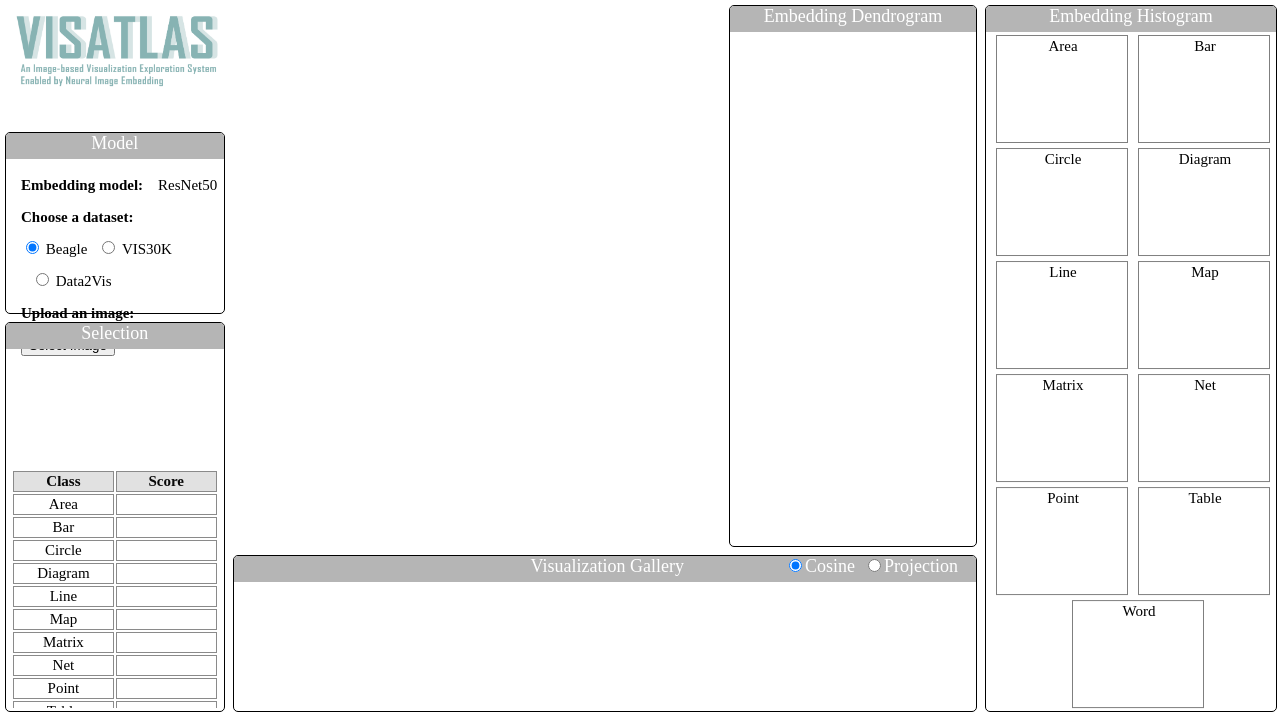
Repository: yilinye/AI_and_human_paintings
Page: / (app in VIS4AI_art/Frontend/)
An editor plug-in stored every save of this project. The page is shown before and after the next save, followed by the edit.
The browser window is 1280 px wide. The pictures show the whole page.
The page's requests for data from a server got no answer. The project was rebuilt for these pictures with package versions that can differ from the ones it lists, and the page was loaded fresh each time. No one was signed in, and anything a server would have sent is missing. Also part of the build but not shown: VIS4AI_art/Frontend/vite.config.js, VIS4AI_art/Frontend/vue.config.js, VIS4AI_art/Frontend/src/components/WelcomeItem.vue, VIS4AI_art/Frontend/src/components/icons/IconDocumentation.vue, VIS4AI_art/Frontend/src/components/icons/IconTooling.vue, VIS4AI_art/Frontend/src/components/icons/IconEcosystem.vue, VIS4AI_art/Frontend/src/components/icons/IconCommunity.vue, VIS4AI_art/Frontend/src/components/icons/IconSupport.vue and 2 more.

Above is the page before, as saved 2022-04-30 22:54:32.

### VIS4AI_art/Frontend/src/App.vue
<!--
 * @Author: Qing Shi
 * @LastEditTime: 2022-04-12 22:41:44
 * @Knowledge:
 * @Description:
 * @Attention:
-->

<template>
  <VisView/>
</template>

<script>
import VisView from "./views/visView.vue";

// var Event = new Vue();
export default {
    components: { VisView }
}
</script>

<style>
@import "./assets/base.css";

#app {
  height: calc(100%);
  font-weight: normal;
}

</style>

### VIS4AI_art/Frontend/src/assets/base.css
body {

  margin: 0%;
  height: 100%;
  width: 100%;
  background-color: rgb(255, 255, 255);
  overflow: hidden;
}


#titleBar {
  background: rgb(181, 181, 181);
  height: 26px;
  width: calc(100% + 0px);
  border-radius: 4px 4px 0px 0px;
  /* border: solid 1px; */
  transform: translate(0px);
  text-align: center;
  color: white;
  font-size: 18px;
}


/*chrome--------------------------------------------start*/
::-webkit-scrollbar {
  width: 8px;
  height: 8px;
}

/* Track */
::-webkit-scrollbar-track {
  background: #ffffff;
  border-radius: 8px;
}

/* Handle */
::-webkit-scrollbar-thumb {
  background: rgb(201, 201, 202);
  border-radius: 8px;
}

/* Handle on hover */
::-webkit-scrollbar-thumb:hover {
  background: rgb(162, 162, 163);
}

.el-menu::-webkit-scrollbar,
.el-table__body-wrapper::-webkit-scrollbar {
  display: none;
}

.el-menu:hover::-webkit-scrollbar,
.el-table__body-wrapper:hover::-webkit-scrollbar {
  display: block;
}

/*chrome--------------------------------------------end*/

### VIS4AI_art/Frontend/src/components/selectView.vue
<!--
 * @Author: Qing Shi
 * @LastEditTime: 2022-04-30 20:52:22
 * @Knowledge:
 * @Description:
 * @Attention:
-->
<template>
  <div style="height: 100%">
    <div id="titleBar">
      {{ viewName }}
    </div>
    <div id="selectPic">
      <div
        v-if="isChoose"
        id="isChoose"
      >
        <img
          id="nodePic"
        >
      </div>
    </div>
    <div id="selectTable">
      <table style="width:calc(100% - 10px);text-align: center;margin-top:2px;height:calc(100% - 10px);margin-bottom:5px;margin-left:5px; margin-right: 5px;">
        <tr style="height:calc(8% - 30px)">
          <th>Class</th>
          <th>Score</th>
        </tr>
        <tr
          v-for="item in items"
          :key="item.className"
          style="height:calc(8% - 30px)"
        >
          <td>{{ item.className }}</td>
          <td :id="item.className+'Table'">{{ item.classScore }}</td>
        </tr>
      </table>
    </div>
  </div>
</template>

<script>
export default {
  data () {
    return {
      viewName: "Selection",
      isChoose: true,
      picPath: "/src/assets/logo.svg",
      items: {
        Area: { className: "Area", classScore: "" },
        Bar: { className: "Bar", classScore: "" },
        Circle: { className: "Circle", classScore: "" },
        Diagram: { className: "Diagram", classScore: "" },
        Line: { className: "Line", classScore: "" },
        Map: { className: "Map", classScore: "" },
        Matrix: { className: "Matrix", classScore: "" },
        Net: { className: "Net", classScore: "" },
        Point: { className: "Point", classScore: "" },
        Table: { className: "Table", classScore: "" },
        Word: { className: "Word", classScore: "" },
      }
    }
  }
}
</script>

<style>
#selectPic {
  height: 30%;
  width: 100%;
}
#isChoose {
  text-align: center;
  margin-top: 1px;
  margin-left: 6px;
  margin-right: 6px;
  margin-bottom: 2px;
  height: 100%;
  display: flex;
  flex-direction: column;
  justify-content: center;
  align-items: center;
}
#selectTable {
  height: calc(70% - 30px);
  width: 100%;
  overflow: auto;
  /* background-color: #000000; */
}

th {
  text-align: middle;
  /* padding-left: 45px; */
  /* border-bottom: 1px solid #ddd; */
  border: 1px solid rgb(138, 138, 138);
  /* background-color: white; */
  background-color: rgb(225, 225, 225);
  color: rgb(7, 7, 7);
  font-size: 15px;
  /* color: white; */
}

td {
  text-align: middle;
  /* padding-left: 45px; */
  width: 50%;
  /* border-bottom: 1px solid #ddd; */
  border: 1px solid rgb(138, 138, 138);
  font-size: 15px;
  color: black;
  /* height: 100% */
}

/* tr {
  height: calc(100%)
} */

tr:hover {
  background-color: rgb(231, 164, 179);
}
</style>

### VIS4AI_art/Frontend/src/components/histogramView.vue
<!--
 * @Author: Qing Shi
 * @LastEditTime: 2022-04-30 22:52:35
 * @Knowledge:
 * @Description:
 * @Attention:
-->
<template>
  <div>
    <div id="titleBar">
      {{ viewName }}
    </div>
    <div id="mainHistogram">
      <div
        v-for="(ty, index) in typeName"
        :key="ty"
        :id="'His' + ty"
        v-bind:style="{ border: 'solid 1px rgba(0, 0, 0, 0.5)', width: wd, height:hs, position: 'absolute', left: '10px', transform: 'translate(' + (index == 10 ? 'calc(50% + 10px)' : index % 2 ? 'calc(100% + 10px)' : '0') + ',' + 'calc(' + ((Math.floor(index / 2)) * 100) + '% + ' + ((Math.floor(index / 2)) * 5) + 'px' + ' + 3px)' + ')' }"
      >

      </div>
    </div>
  </div>
</template>

<script>
import * as d3 from 'd3';
import { dataService } from '../service';
export default {
  mounted () {
    // dataService.fetchData({ 'filePath': this.fileP.filePath }, fileData => {
    //   console.log(11111);

    //   // this.drawHistogram(fileData.data.data, this.typeName);
    // });
    this.typeName.forEach(d => {
      this.createSVG(d);
    })

    this.drawHistogram(this.fileP.filePath, this.typeName);
  },
  data () {
    return {
      viewName: "Embedding Histogram",
      typeName: ["Area", "Bar", "Circle", "Diagram", "Line", "Map", "Matrix", "Net", "Point", "Table", "Word"],
      hs: "calc(16.6% - 11px)",
      wd: "calc(50% - 15px)",
      selectType: '',
      xAxis: undefined,
      yAxis: {},
      hisWidth: 0,
      hisHeight: 0,
      levelCluster: {
        "Beagle": ['Circle', 'Map', 'Line', 'Area', 'Bar', 'Net', 'Point', 'Diagram', 'Matrix', 'Table', 'Word'],
        "VIS": ["Map", "Circle", "Bar", "Point", "Line", "Diagram", "Matrix", "Net", "Area", "Table", "Word"],
        "Data": ["Area", "Line", "Bar", "Point"]
      },

    };
  },
  inject: ['fileP'], // get file path from visView.vue
  methods: {
    /**
     * @description: create svg for every histogram
     * @param {*} hisType Feature
     * @return {*}
     */
    createSVG: function (hisType) {
      d3.select("#" + hisType + 'Svg').remove();
      const hisHeight = document.getElementById(('His' + hisType)).offsetHeight;
      const hisWidth = document.getElementById(('His' + hisType)).offsetWidth;
      this.hisHeight = hisHeight;
      this.hisWidth = hisWidth;
      d3.select('#His' + hisType)
        .append('svg')
        .attr('id', hisType + 'Svg')
        .attr('width', hisWidth)
        .attr('height', hisHeight)
      d3.select('#' + hisType + 'Svg')
        .append('text')
        .text(hisType)
        .attr('font-size', 15)
        .attr('text-anchor', 'middle')
        .attr('y', 15)
        .attr('x', hisWidth / 2)
    },
    /**
     * @description: data processing and use function
     * @param {String} filePath: which file will be used, selected in modelView.vue
     * @param {Array} hisTypeArray: Feature Group
     * @return {*}
     */
    drawHistogram: function (filePath, hisTypeArray) {
      d3.csv(filePath).then((fileData) => {
        hisTypeArray.forEach(hisType => {
          // index name need small letters
          let hisTag = hisType.toLowerCase();
          const hisData = new Object();
          for (let i = 0; i < fileData.length; ++i) {
            let indexNum = Math.floor(parseFloat(fileData[i][hisTag]) * 10);
            if (indexNum == 10) indexNum--; // let 1 to 0.9 ~ 1
            if (indexNum == 0) continue;
            if (typeof (hisData[indexNum]) == 'undefined') {
              hisData[indexNum] = { cnt: 0, items: [] };
            }
            hisData[indexNum].cnt++;
            hisData[indexNum].items.push(fileData[i]);
          }

          // remove old View
          d3.select("#his_g_" + hisType).remove();
          // define new View
          d3.select("#" + hisType + "Svg")
            .append('g')
            .attr("id", "his_g_" + hisType);

          this.drawRectAndAxis(hisData, hisType);
          this.drawSelectRect(hisData, hisType);
          this.RectBrush(hisData, hisType);
          // this.allHisData[hisType] = hisData;
          // d3.select("#selCircle8").transition().duration(2000).attr('y', 20).attr("height", 70);
        })
      });
    },
    /**
     * @description: draw bar charts and x/y axises
     * @param {Array} hisData bar chart data
     * @param {String} hisType Feature
     * @return {*}
     */
    drawRectAndAxis: function (hisData, hisType) {
      // remove old View
      d3.select("#his_rect_g_" + hisType).remove();
      // define new View
      const his_g = d3.select("#his_g_" + hisType)
        .append('g')
        .attr("id", "his_rect_g_" + hisType);

      const hisArray = new Array();

      for (let i in hisData)
        hisArray.push(hisData[i].cnt);

      const xAxis = d3.scaleLinear()
        .domain([0.1, 1.0])
        .range([0, this.hisWidth - 60])
      const yAxis = d3.scaleLinear()
        .domain([0, d3.max(hisArray)])
        .range([this.hisHeight - 42, 0]);
      this.xAxis = xAxis;
      this.yAxis[hisType] = yAxis;

      his_g.append('g')
        .selectAll("#hisRect" + hisType)
        .attr('id', "hisRect" + hisType)
        .data(hisArray)
        .enter()
        .append('rect')
        .attr("dmax", d3.max(hisArray))
        .attr('x', (d, i) => {
          return this.xAxis((i + 1) / 10) + 45 + 5;
        })
        .attr('y', (d, i) => {
          return this.yAxis[hisType](d) + 20;
        })
        .attr('height', d => {
          return this.hisHeight - 42 - this.yAxis[hisType](d)
        })
        .attr('width', 10)
        .attr('fill', "rgb(198, 198, 198)");
      // draw Axis
      his_g.append('g')
        .call(d3.axisBottom(xAxis).ticks(5))
        .attr("transform", `translate(${45}, ${this.hisHeight - 22})`);
      his_g.append('g')
        .call(d3.axisLeft(yAxis).ticks(5))
        .attr("transform", `translate(${45}, ${20})`);
    },
    /**
     * @description: draw bar charts which be select. I draw them without height. When I select some data, I will change the height of them.
     * @param {*} hisData bar chart data
     * @param {*} hisType Feature
     * @return {*}
     */
    drawSelectRect: function (hisData, hisType) {
      // remove old View
      d3.select("#his_sel_g_" + hisType).remove();
      // define new View
      const his_g = d3.select("#his_g_" + hisType)
        .append('g')
        .attr("id", "his_sel_g_" + hisType);

      const hisArray = new Array();
      for (let i in hisData)
        hisArray.push(hisData[i].cnt);
      // console.log()
      his_g.append('g')
        .selectAll("#hisSelRect" + hisType)
        .attr('id', "hisSelRect" + hisType)
        .data(hisArray)
        .enter()
        .append('rect')
        .attr("dmax", this.yAxis[hisType].domain()[1])
        .attr("hisHeight", this.hisHeight)
        .attr("id", (d, i) => {
          return "sel" + hisType + (i + 1);
        })
        .attr('x', (d, i) => {
          return this.xAxis((i + 1) / 10) + 40;
        })
        .attr('y', (d, i) => {
          return this.hisHeight - 20;
        })
        .attr('height', d => {
          return 0;
        })
        .attr('width', 10)
        .attr('fill', "orange");
    },
    /**
     * @description: a brush. Select areas in the bar chart
     * @param {*} hisData bar chart data
     * @param {*} hisType Feature
     * @return {*}
     */
    RectBrush (hisData, hisType) {
      let _this = this;
      const hisArray = new Array();
      for (let i in hisData)
        hisArray.push(hisData[i].cnt);
      const brush = d3.brush()
        .extent([
          [30, 15],
          [_this.hisWidth - 5, _this.hisHeight - 10]
        ])
        .on('start', function ({ selection }) {
          if (selection != null) {
            d3.select('#brush_rect').remove();
          }
        })
        // .on('brush', brushing)
        .on('end', brushed);
      // console.log(hisData)
      const brush_g = d3.select("#his_g_" + hisType)
        .append('g')
        .attr('id', 'brush_g' + hisType)
        .call(brush);

      // I really don't like programing this function, but it's the method which can clear the brush.
      function brushed ({ selection }) {
        if (selection != null) {
          const [
            [x0, y0],
            [x1, y1]
          ] = selection;
          d3.select('#his_g_' + hisType)
            .append("rect")
            .attr('id', 'brush_rect')
            .attr('x', x0)
            .attr('y', y0)
            .attr('width', x1 - x0)
            .attr('height', y1 - y0)
            .attr('fill', 'white')
            .attr('fill-opacity', 0)
            .attr('stroke', '#2378ae')
            .attr('stroke-dasharray', '4, 4')
            .attr('stroke-width', 3);

          let levelType = undefined;
          let pidScatter = {};

        let filePath = _this.fileP.filePath;
        if (filePath[13] == 'B') {
          levelType = _this.levelCluster["Beagle"];
        }

        if (filePath[13] == 'V') {
          levelType = _this.levelCluster["VIS"];
        }

        if (filePath[13] == 'D') {
          levelType = _this.levelCluster["Data"];
        }
          let treeCnt = {};
          levelType.forEach(d => {
            treeCnt[d.toLowerCase()] = {
              value: 0,
              id: d
            }
          })
          let selectData = {};
          _this.typeName.forEach(d => {
            selectData[d] = {};
            for (let i = 1; i <= 9; ++i)
              selectData[d][i] = { cnt: 0 };
          })
          for (let i = 0; i < 9; ++i) {
            if (x0 < _this.xAxis((i + 1) / 10) + 40 + 6 && _this.xAxis((i + 1) / 10) + 40 + 6 < x1) {
              hisData[i + 1].items.forEach(d => {
                pidScatter[d.pid] = 1;
                // d3.select("#rad_cir" + d.pid).attr('opacity', 1).attr('r', 4);
                _this.typeName.forEach(hisTag => {
                  let indexNum = Math.floor(parseFloat(d[hisTag.toLowerCase()]) * 10);
                  if (indexNum == 10) indexNum--; // let 1 to 0.9 ~ 1
                  if (indexNum != 0) {
                    selectData[hisTag][indexNum].cnt++;
                  }
                })
                treeCnt[d['class']].value++;
              })
            }
          }
          d3.selectAll('.rad_cir')
            .attr('r', d => {
              return pidScatter[d.pid] == 1 ? 2 : 0;
            })
          for (let i in selectData) {
            for (let j in selectData[i]) {
              d3.select("#sel" + i + (j))
                .transition().duration(1000)
                .attr('y', _this.yAxis[i](selectData[i][j].cnt) + 20)
                .attr("height", _this.hisHeight - 42 - _this.yAxis[i](selectData[i][j].cnt));
            }
          }
          let treeData = [];
          let sumTree = 0;
          for (let i in treeCnt) {
            if (treeCnt[i].value > 0) {
              treeData.push({
                value: treeCnt[i].value,
                id: treeCnt[i].id.toLowerCase(),
                top: sumTree
              });
              sumTree += treeCnt[i].value;
            }
          }
          _this.updateTree(treeData, sumTree);
          // clear brush
          d3.select(this).call(brush.move, null);
        }
      }
    },
    /**
     * @description: update Dendrogram
     * @param {Array} treeData data of the tree
     * @param {Int} sumTree Number of all selected elements
     * @return {*}
     */
    updateTree (treeData, sumTree) {
      this.$emit('updateTree', treeData, sumTree);
    }
  },
  watch: {
    fileP: {
      handler (newValue, oldValue) {
        console.log(newValue)
        this.drawHistogram(this.fileP.filePath, this.typeName);
      },
      deep: true
    }
  }
}
</script>

<style>
#mainHistogram {
  height: calc(100% - 30px);
  width: calc(100%);
  /* background-color: #000; */
}
.selection {
  fill: none;
  stroke: #2378ae;
  stroke-width: 3;
  stroke-dasharray: 4, 4;
}
</style>

### VIS4AI_art/Frontend/src/components/galleryView.vue
<template>
  <div style="width: 100%; height: 100%;">
    <div id="titleBar">
      <span style="position: absolute; left: 40%;">{{ viewName }}</span>
      <span style="float: right">
        <form
          id="select-distance"
          style="margin-top:0;margin-right:18px"
        >

          <input
            type="radio"
            id="metricChoice1"
            name="contact"
            value="cosine"
            checked="checked"
            @click="updateType('Cosine')"
          >
          <label for="metricChoice1">Cosine</label>

          <input
            type="radio"
            id="metricChoice2"
            name="contact"
            value="radviz"
            style="margin-left:13px;padding-top:50%;"
            @click="updateType('Projection')"
          >
          <label for="metricChoice2">Projection</label>

        </form>
      </span>

    </div>
    <div id="nodeGallery">
      <div style="height: 100%; white-space: nowrap;">
        <div
          v-for="(item, index) in closeNode"
          :key="index"
          class="closeNode"
        >
          <img
            :src="'/src/assets' + item.path.slice(1)"
            alt=""
            :pid="item.pid"
            style="height:100%;"
            @click="updateSelectNode(item)"
          >
        </div>
      </div>
    </div>
  </div>
</template>

<script>
export default {
  data () {
    return {
      viewName: "Visualization Gallery",
      closeNode: []
    }
  },
  methods: {
    /**
     * @description: set the closeNode
     * @param {Array} data picture information from visView.vue
     * @return {*}
     */
    setCloseNode (data) {
      // console.log(data);
      this.closeNode = data;
    },
    /**
     * @description: change the gallery type
     * @param {String} data Cosine / Projection
     * @return {*}
     */
    updateType (data) {
      // console.log(data)
      this.$emit('updateGType', data);
    },
    /**
     * @description: select a picture and upload information
     * @param {*} data data bound to the picture
     * @return {*}
     */
    updateSelectNode (data) {
      this.$emit("updateSelectNode", data);
    }
  }
}
</script>

<style>
#nodeGallery {
  overflow-x: scroll;
  overflow-y: hidden;
  width: 100%;
  height: calc(100% - 30px);
}
.closeNode {
  /* position: absolute; */
  /* width: 20%; */
  height: calc(100% - 20px);
  /* padding-bottom: 50%; */
  /* position: fixed; */
  margin-top: 10px;
  margin-bottom: 10px;
  border: solid 1px rgba(0, 0, 0, 0.5);
  margin-left: 5px;
  margin-right: 5px;
  /* float: left; */
  white-space: normal;
  display: inline-block;
  /* display: flex; */
  flex-direction: column;
  justify-content: center;
  align-items: center;
}
</style>

Loaded but not shown: VIS4AI_art/Frontend/index.html (common file); VIS4AI_art/Frontend/src/service/modules/dataService.js (24 lines, source omitted); VIS4AI_art/Frontend/src/router/index.js (21 lines, source omitted); VIS4AI_art/Frontend/src/main.js (11 lines, source omitted); VIS4AI_art/Frontend/src/service/index.js (1 lines, source omitted); VIS4AI_art/Frontend/src/components/mainView.vue (851 lines, source omitted); VIS4AI_art/Frontend/src/components/dendrogramView.vue (279 lines, source omitted); VIS4AI_art/Frontend/src/components/modelView.vue (167 lines, source omitted); VIS4AI_art/Frontend/src/views/visView.vue (199 lines, source omitted)

After the next save:
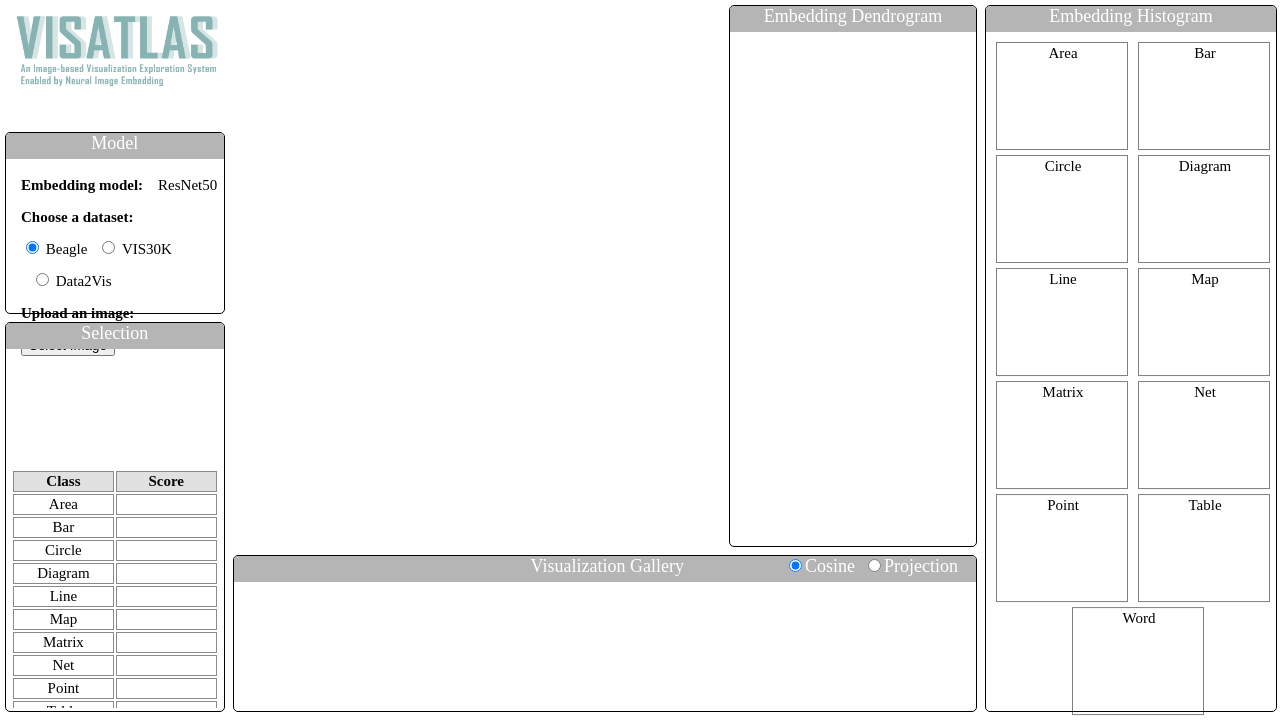
Saved 3 min 45 s later.
--- a/VIS4AI_art/Frontend/src/components/histogramView.vue
+++ b/VIS4AI_art/Frontend/src/components/histogramView.vue
@@ -1,6 +1,6 @@
 <!--
  * @Author: Qing Shi
- * @LastEditTime: 2022-04-30 22:52:35
+ * @LastEditTime: 2022-04-30 22:58:17
  * @Knowledge:
  * @Description:
  * @Attention:
@@ -15,7 +15,7 @@
         v-for="(ty, index) in typeName"
         :key="ty"
         :id="'His' + ty"
-        v-bind:style="{ border: 'solid 1px rgba(0, 0, 0, 0.5)', width: wd, height:hs, position: 'absolute', left: '10px', transform: 'translate(' + (index == 10 ? 'calc(50% + 10px)' : index % 2 ? 'calc(100% + 10px)' : '0') + ',' + 'calc(' + ((Math.floor(index / 2)) * 100) + '% + ' + ((Math.floor(index / 2)) * 5) + 'px' + ' + 3px)' + ')' }"
+        v-bind:style="{ border: 'solid 1px rgba(0, 0, 0, 0.5)', width: wd, height:hs, position: 'absolute', left: '10px', transform: 'translate(' + (index == 10 ? 'calc(50% + 10px)' : index % 2 ? 'calc(100% + 10px)' : '0') + ',' + 'calc(' + ((Math.floor(index / 2)) * 100) + '% + ' + ((Math.floor(index / 2)) * 5) + 'px' + ' + 10px)' + ')' }"
       >
 
       </div>
